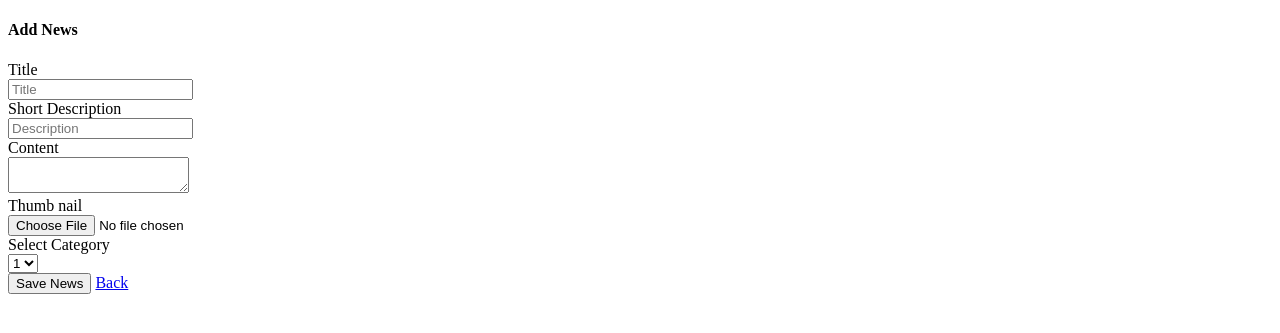
Repository: Hai1820/News
Page: http://localhost/Servlet-Basic/views/admin/category/list-add.jsp
These files come from the project's save history. The page is drawn as it stood at one moment and after the next save; the edit follows.
The browser window is 1280 px wide. The pictures show the whole page.
The page is served by Tomcat 9. Nobody is signed in. The application's start-up code is not run. Other server files are loaded and not shown.

Above is the page before, as saved 2021-07-17 08:40:22.

### Servlet-Basic/src/main/webapp/views/admin/category/list-add.jsp
<%@ page language="java" contentType="text/html; charset=UTF-8"
	pageEncoding="UTF-8"%>
<!DOCTYPE html>
<html>
<head>
<meta charset="UTF-8">
<title>Insert title here</title>
</head>
<body>
	<div class="row bg-title">
		<div class="col-lg-3 col-md-4 col-sm-4 col-xs-12">
			<h4 class="page-title">Add News</h4>
		</div>
	</div>
	<!-- /.row -->
	<!-- .row -->
	<div class="row">
		<div class="col-md-2 col-12"></div>
		<div class="col-md-8 col-xs-12">
			<div class="white-box">
				<form method="post"
					action="<%=request.getContextPath() + "/admin/category/add"%>"
					class="form-horizontal form-material">
					<input type="hidden" name="id" value=""
						class="form-control form-control-line">
					<div class="form-group">
						<label class="col-md-12">Title</label>
						<div class="col-md-12">
							<input value="" name="title" type="text" placeholder="Title"
								class="form-control form-control-line">
						</div>
					</div>
					<div class="form-group">
						<label class="col-md-12">Short Description</label>
						<div class="col-md-12">
							<input value="" name="shortdescription" type="text"
								placeholder="Description" class="form-control form-control-line">
						</div>
					</div>
					<div class="input-group">
						<label class="col-md-12">Content</label>
						<div class="col-md-12">
							<textarea class="form-control" aria-label="With textarea"
								name="shortdescription"></textarea>
						</div>
					</div>
					<div class="form-group">
						<label class="col-md-12">Thumb nail</label>
						<div class="col-md-12">
							<input type="file" class="form-control" id="customFile"
								name="thumbnail" />
						</div>
					</div>

					<div class="form-group">
						<label class="col-sm-12">Select Category</label>
						<div class="col-sm-12">
							<select name="categoryId" class="form-control form-control-line">

								<option>1</option>


							</select>
						</div>

					</div>
					<div class="form-group">
						<div class="col-sm-12">
							<button type="submit" class="btn btn-success">Save News</button>
							<a href='<c:url value = "/admin/news/list"/>'
								class="btn btn-primary">Back</a>
						</div>
					</div>
				</form>
			</div>
		</div>
		<div class="col-md-2 col-12"></div>
	</div>
</body>
</html>

After the next save:
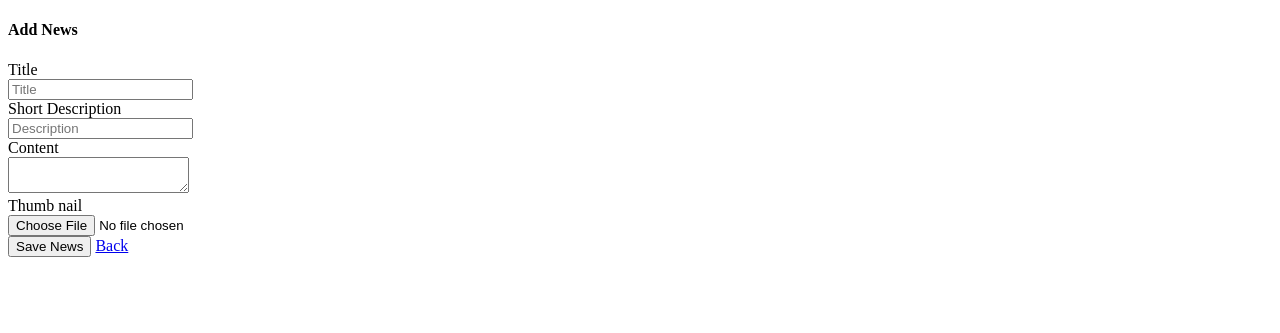
Saved 73 s later.
--- a/Servlet-Basic/src/main/webapp/views/admin/category/list-add.jsp
+++ b/Servlet-Basic/src/main/webapp/views/admin/category/list-add.jsp
@@ -52,18 +52,7 @@
 						</div>
 					</div>
 
-					<div class="form-group">
-						<label class="col-sm-12">Select Category</label>
-						<div class="col-sm-12">
-							<select name="categoryId" class="form-control form-control-line">
 
-								<option>1</option>
-
-
-							</select>
-						</div>
-
-					</div>
 					<div class="form-group">
 						<div class="col-sm-12">
 							<button type="submit" class="btn btn-success">Save News</button>
